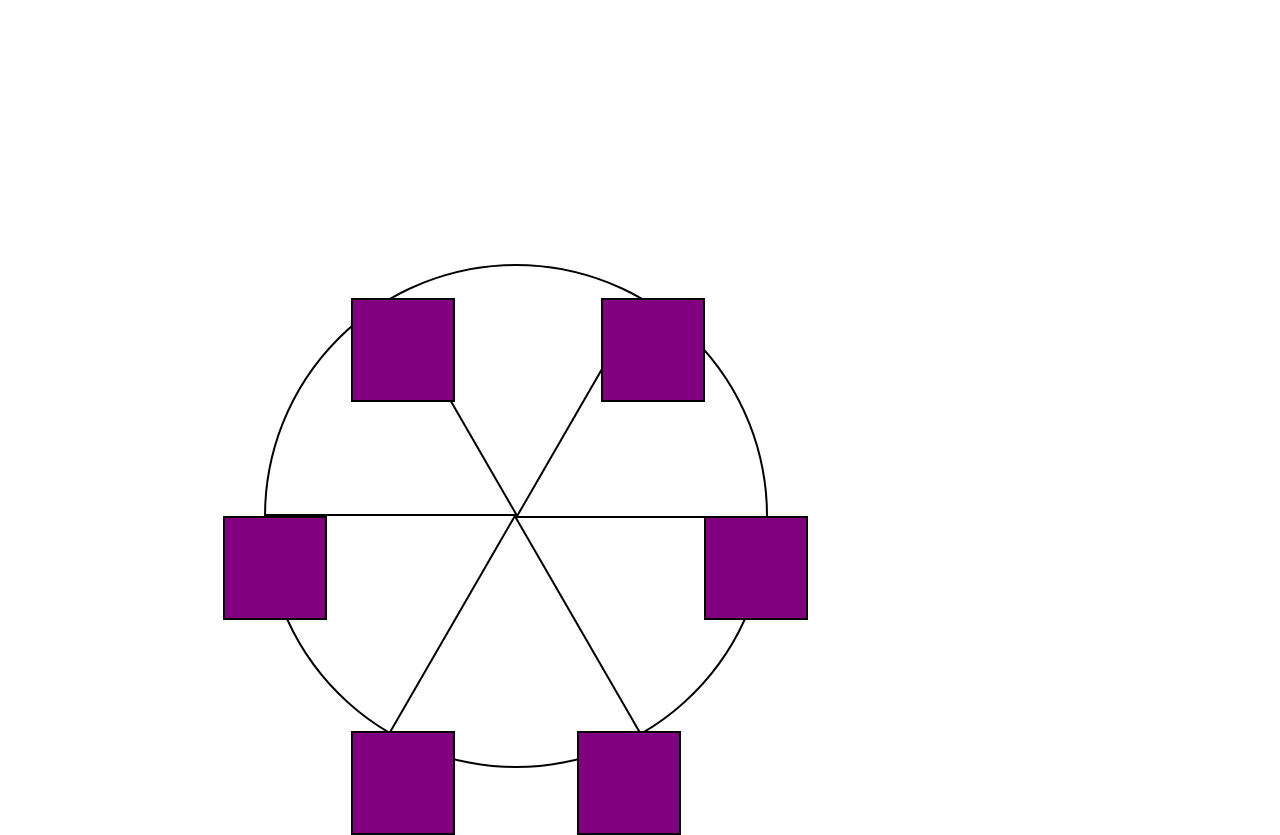
Repository: Lungdjos/ferris_wheel
Page: index.html
These files come from the project's save history. The page is drawn as it stood at one moment and after the next save; the edit follows.
The browser window is 1280 px wide. The pictures show the whole page.

Above is the page before, as saved 2024-01-12 10:48:47.

### index.html
<!DOCTYPE html>
<html lang="en">

<head>
    <meta charset="UTF-8">
    <meta name="viewport" content="width=device-width, initial-scale=1.0">
    <title>Ferris Wheel</title>
    <link rel="stylesheet" href="./styles.css">
</head>

<body>
    <div class="wheel">
        <span class="line"></span>
        <span class="line"></span>
        <span class="line"></span>
        <span class="line"></span>
        <span class="line"></span>
        <span class="line"></span>
        <div class="cabin"></div>
        <div class="cabin"></div>
        <div class="cabin"></div>
        <div class="cabin"></div>
        <div class="cabin"></div>
        <div class="cabin"></div>
    </div>

</body>

</html>

### styles.css
    body {
        /* align-items: center; */
        justify-content: center;
    }
    /* styling for the wheel */

    .wheel {
        border: 2px solid black;
        border-radius: 50%;
        margin: 20%;
        position: absolute;
        height: 55vw;
        width: 55vw;
        max-width: 500px;
        max-height: 500px;
        animation-name: wheel;
        animation-duration: 10s;
        animation-iteration-count: infinite;
        animation-timing-function: linear;
    }
    /* styling for the line */

    .line {
        background-color: black;
        height: 2px;
        width: 50%;
        top: 50%;
        left: 50%;
        position: absolute;
        transform-origin: 0% 0%;
    }

    .line:nth-of-type(2) {
        transform: rotate(60deg);
    }

    .line:nth-of-type(3) {
        transform: rotate(120deg);
    }

    .line:nth-of-type(4) {
        transform: rotate(180deg);
    }

    .line:nth-of-type(5) {
        transform: rotate(240deg);
    }

    .line:nth-of-type(6) {
        transform: rotate(-60deg);
    }
    /* styling for the cabin */

    .cabin {
        background-color: red;
        width: 20%;
        height: 20%;
        border: 2px solid;
        position: absolute;
        transform-origin: 50% 0%;
        animation: cabins 10s ease-in-out infinite;
    }

    .cabin:nth-of-type(1) {
        right: -8.5%;
        top: 50%;
    }

    .cabin:nth-of-type(2) {
        right: 17%;
        top: 93.5%;
        background-color: orangered;
    }

    .cabin:nth-of-type(3) {
        right: 67%;
        top: 93.5%;
        background-color: orange;
    }

    .cabin:nth-of-type(4) {
        left: -8.5%;
        top: 50%;
        background-color: blueviolet;
    }

    .cabin:nth-of-type(5) {
        left: 17%;
        top: 7%;
        background-color: plum;
    }

    .cabin:nth-of-type(6) {
        right: 17%;
        top: 7%;
        background-color: purple;
    }
    /* animation styling */
    /* animation for the wheel */

    @keyframes wheel {
        0% {
            transform: rotate(0deg);
        }
        100% {
            transform: rotate(360deg);
        }
    }
    /* animation for the cabins */

    @keyframes cabins {
        0% {
            transform: rotate(0deg);
        }
        25% {
            background-color: yellowgreen;
        }
        50% {
            background-color: purple;
        }
        75% {
            background-color: brown;
        }
        100% {
            transform: rotate(-360deg);
        }
    }

After the next save:
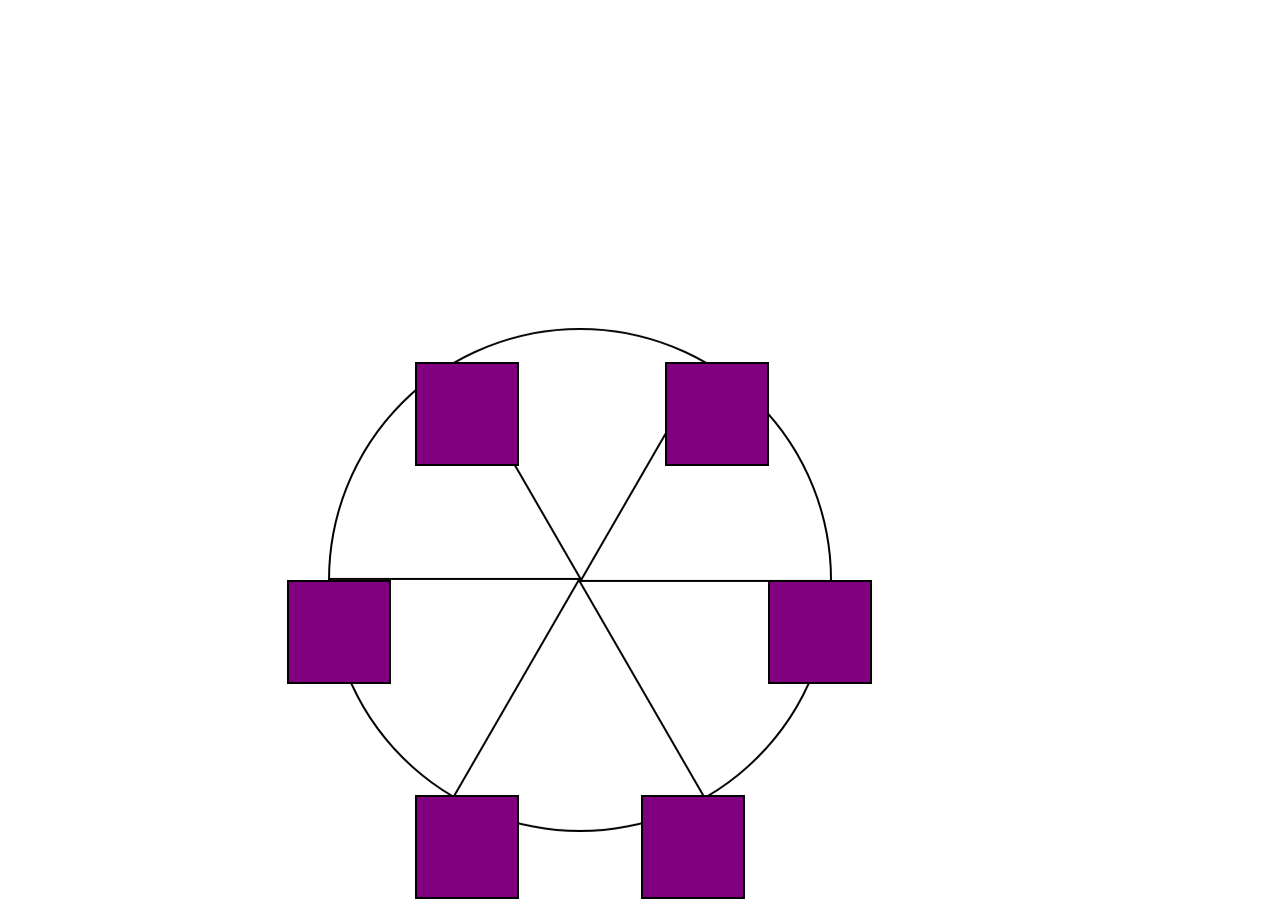
Saved 36 s later.
--- a/styles.css
+++ b/styles.css
@@ -7,7 +7,7 @@
     .wheel {
         border: 2px solid black;
         border-radius: 50%;
-        margin: 20%;
+        margin: 25%;
         position: absolute;
         height: 55vw;
         width: 55vw;
